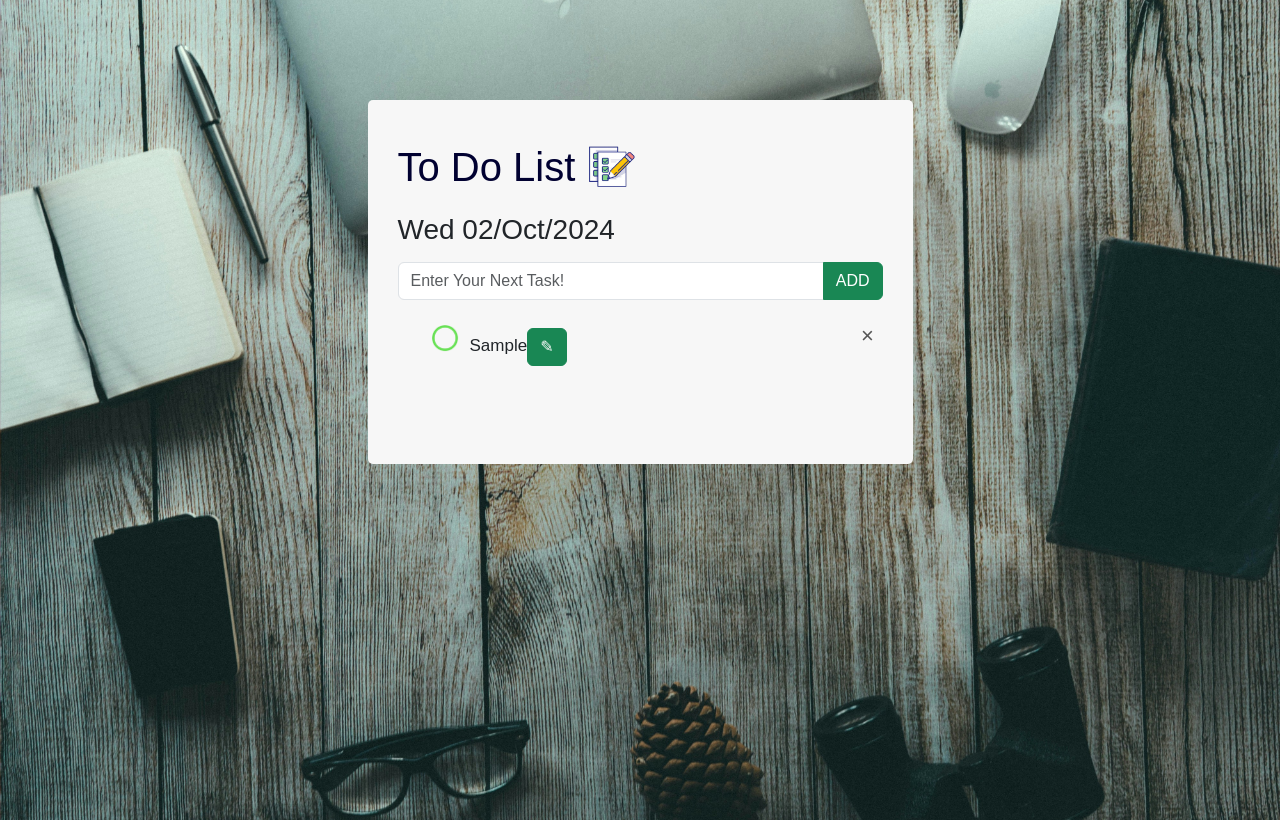
Repository: zeinawady/To_Do_List
Page: index.html
An editor plug-in stored every save of this project. The page is shown before and after the next save, followed by the edit.
The browser window is 1280 px wide. The pictures show the whole page.
Empty fields were first filled with sample values (such as "Sample", 5 or name@example.com).
After loading, the first visible `button.btn` was clicked once.

Above is the page before, as saved 2024-10-02 02:32:50.

After the next save:
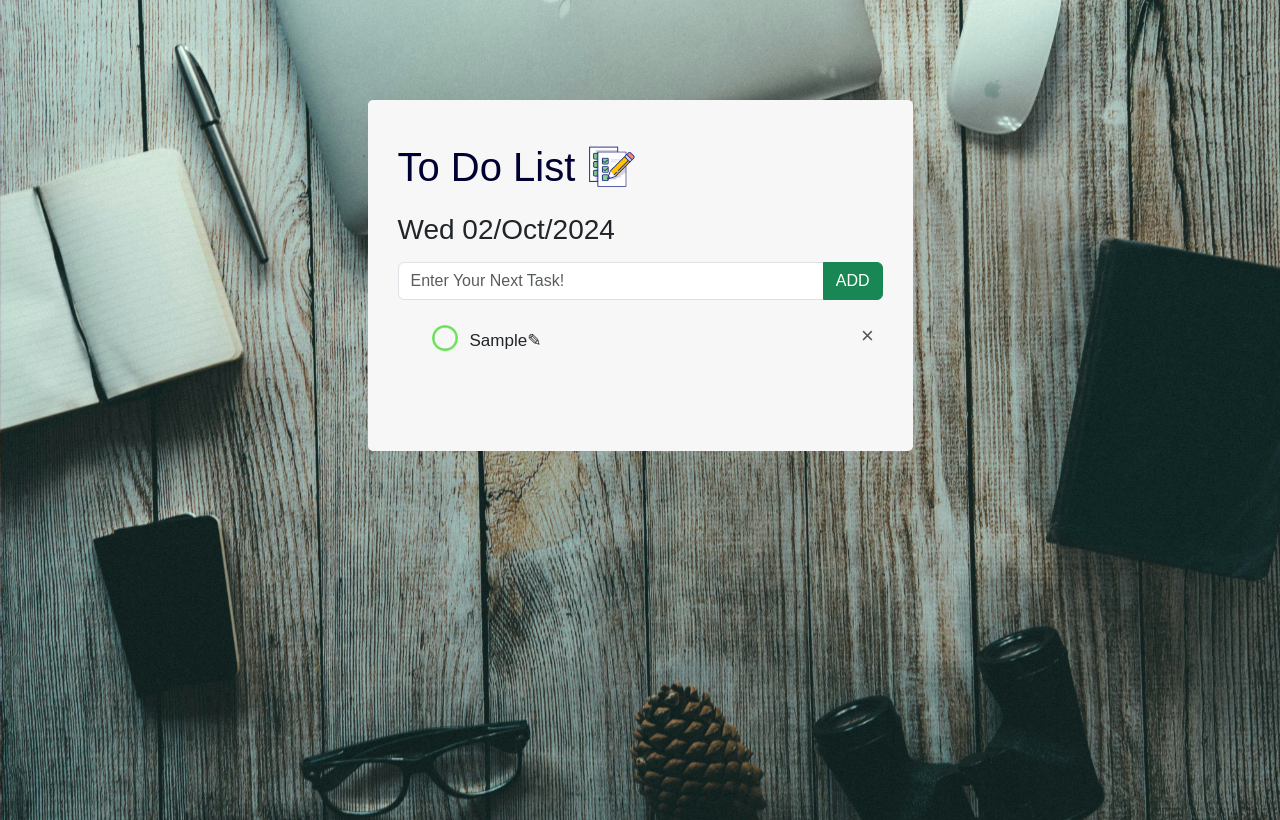
Saved 9 s later.
--- a/script.js
+++ b/script.js
@@ -15,7 +15,7 @@ function addTask() {
 
         let editBtn = document.createElement("btn");
         editBtn.innerHTML="\u270E";
-        editBtn.classList.add('btn', 'btn-success');
+        editBtn.classList.add('btn-success');
 
         li.appendChild(editBtn);
     }
